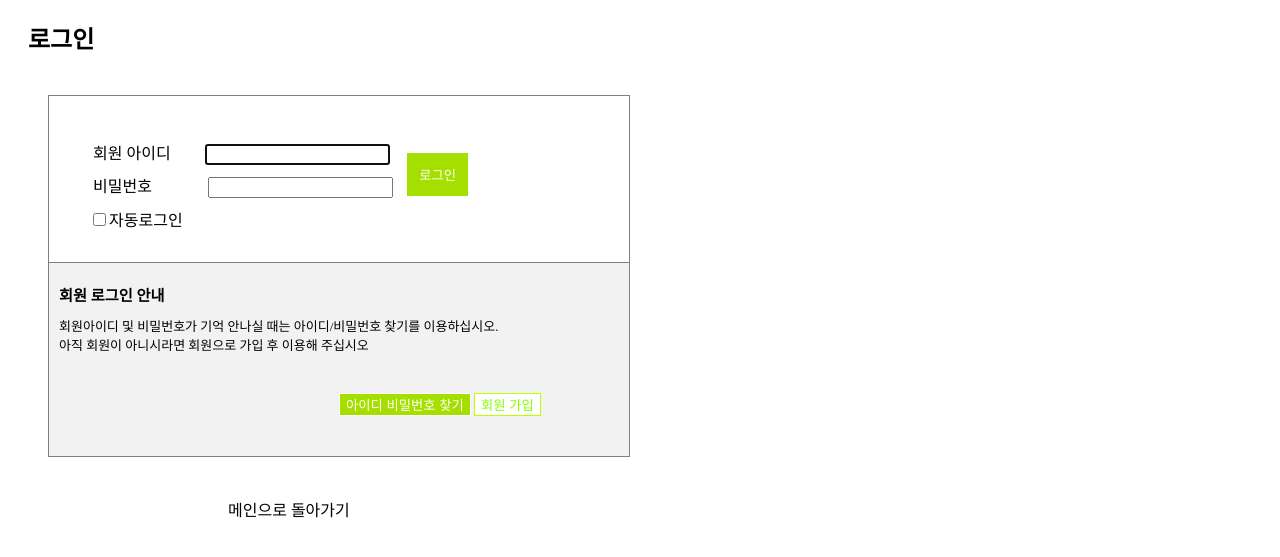
Repository: ks12b0000/JSP-School-Class
Page: chap10_JSP/src/main/webapp/Test/loginWrite.html
These files come from the project's save history. The page is drawn as it stood at one moment and after the next save; the edit follows.
The browser window is 1280 px wide. The pictures show the whole page.

Above is the page before, as saved 2022-06-04 12:27:22.

After the next save:
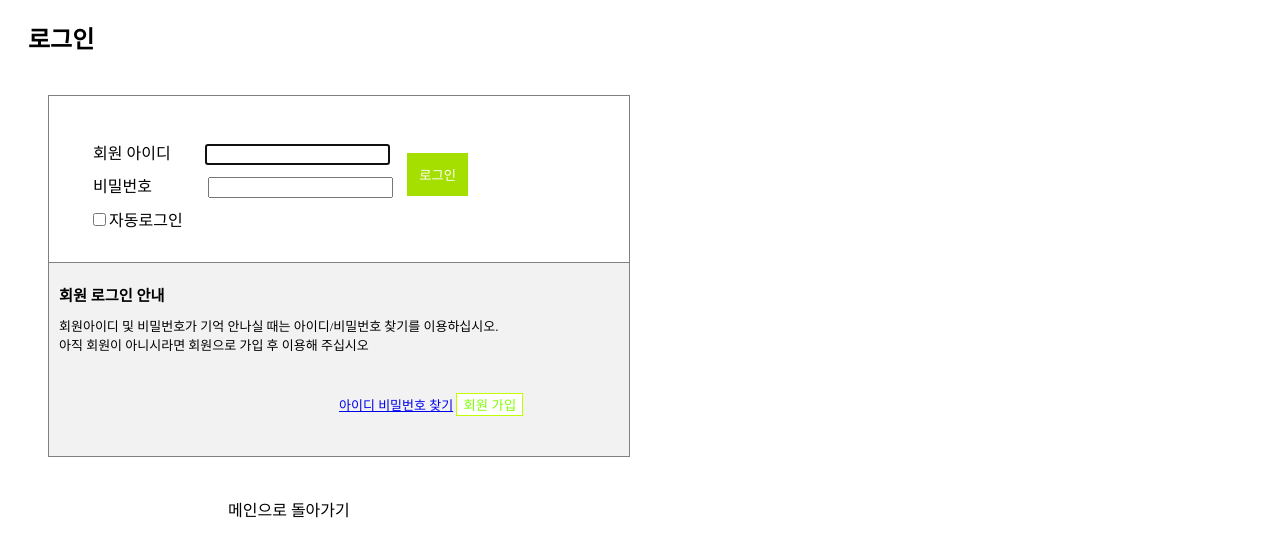
Saved 4 min 32 s later.
--- a/chap10_JSP/src/main/webapp/Test/loginWrite.html
+++ b/chap10_JSP/src/main/webapp/Test/loginWrite.html
@@ -46,7 +46,7 @@ function loginChk() {
 		<p>회원아이디 및 비밀번호가 기억 안나실 때는 아이디/비밀번호 찾기를 이용하십시오.<br/>
 		아직 회원이 아니시라면 회원으로 가입 후 이용해 주십시오</p><br/>
 		<form>
-			<a href="findMemberInfo.html" onclick="window.open(this.href,'_blank')"><input id="idpw_bt" type="button" value="아이디 비밀번호 찾기" /></a>
+			<a href="findMemberInfo.html" onclick="window.open(this.href, '_blank', 'width=800', 'height=600');return false;">아이디 비밀번호 찾기</a>
 			<a href="memberWriteSub.html"><input id="signup" type="button" value="회원 가입" /></a><br/>
 		</form>
 	</div>
